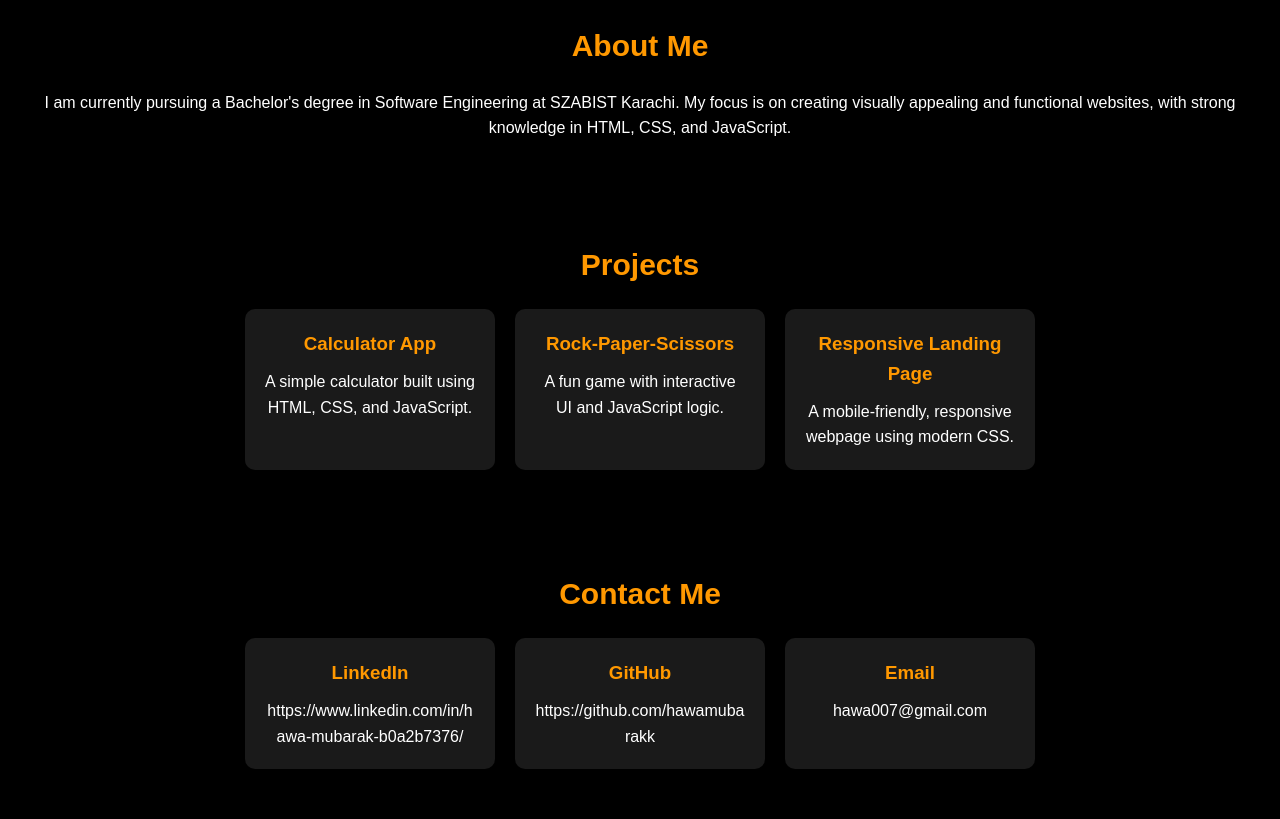
Repository: hawamubarakk/my-portfolio
Page: index.html
An editor plug-in stored every save of this project. The page is shown before and after the next save, followed by the edit.
The browser window is 1280 px wide. The pictures show the part of the page from y = 807 to 1759 px (the page is 1626 px tall before and 1760 px after).

Above is the page before, as saved 2025-08-12 17:38:49.

After the next save:
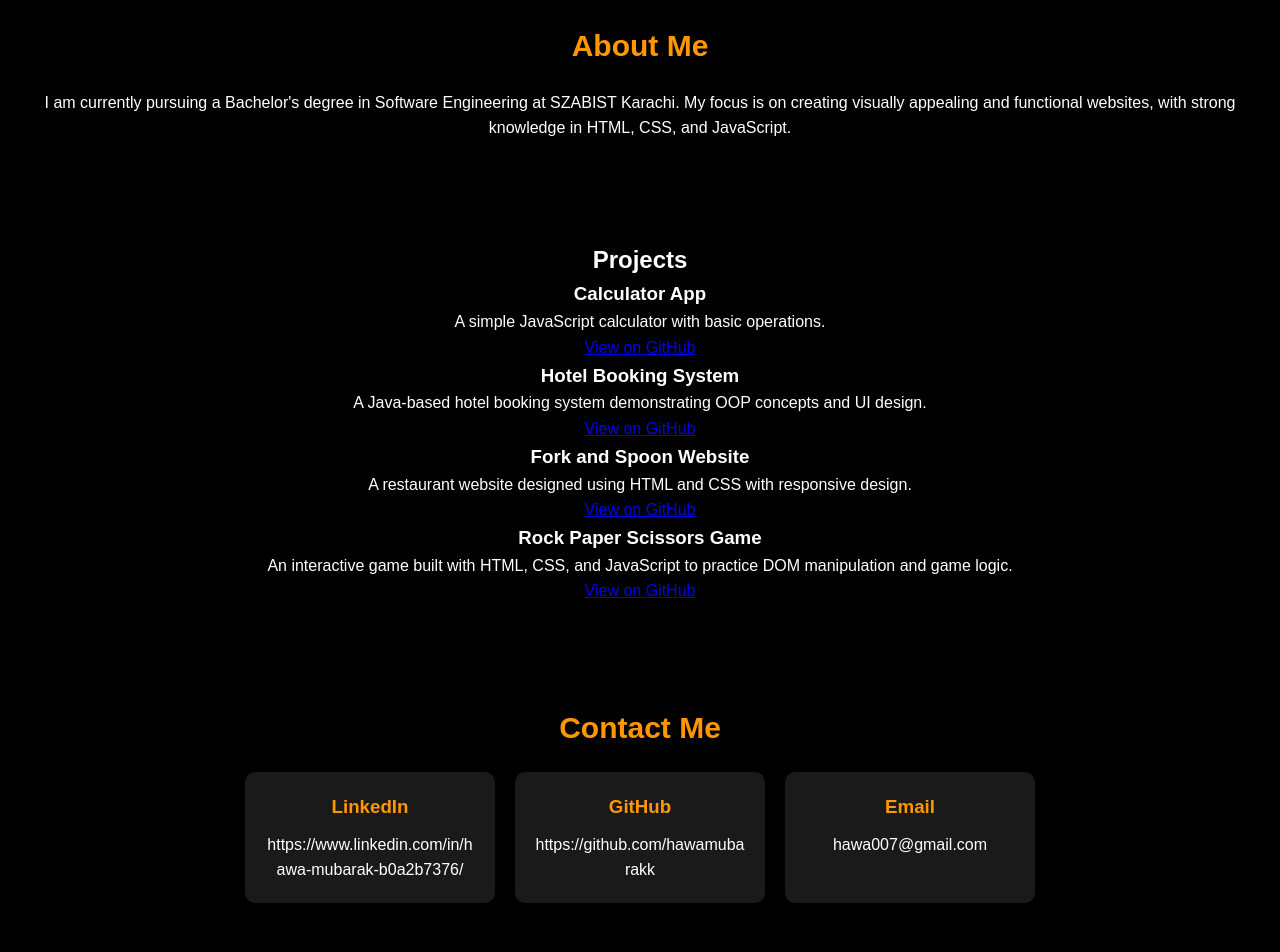
Saved 6 min 0 s later.
--- a/index.html
+++ b/index.html
@@ -35,22 +35,34 @@
 
     <!-- Projects Section -->
     <section id="projects" class="section">
-        <h2>Projects</h2>
-        <div class="project-boxes">
-            <div class="project-box">
-                <h3>Calculator App</h3>
-                <p>A simple calculator built using HTML, CSS, and JavaScript.</p>
-            </div>
-            <div class="project-box">
-                <h3>Rock-Paper-Scissors</h3>
-                <p>A fun game with interactive UI and JavaScript logic.</p>
-            </div>
-            <div class="project-box">
-                <h3>Responsive Landing Page</h3>
-                <p>A mobile-friendly, responsive webpage using modern CSS.</p>
-            </div>
+        <h1>Projects</h1>
+
+        <div class="projects-grid">
+          <div class="project">
+            <h3>Calculator App</h3>
+            <p>A simple JavaScript calculator with basic operations.</p>
+            <a href="https://github.com/hawamubarakk/Calculator" target="_blank" rel="noopener">View on GitHub</a>
+          </div>
+
+          <div class="project">
+            <h3>Hotel Booking System</h3>
+            <p>A Java-based hotel booking system demonstrating OOP concepts and UI design.</p>
+            <a href="https://github.com/hawamubarakk/HotelBooking-System" target="_blank" rel="noopener">View on GitHub</a>
+          </div>
+
+          <div class="project">
+            <h3>Fork and Spoon Website</h3>
+            <p>A restaurant website designed using HTML and CSS with responsive design.</p>
+            <a href="https://github.com/hawamubarakk/fork-and-spoon" target="_blank" rel="noopener">View on GitHub</a>
+          </div>
+
+          <div class="project">
+            <h3>Rock Paper Scissors Game</h3>
+            <p>An interactive game built with HTML, CSS, and JavaScript to practice DOM manipulation and game logic.</p>
+            <a href="https://github.com/hawamubarakk/rock-paper-scissors" target="_blank" rel="noopener">View on GitHub</a>
+          </div>
         </div>
-    </section>
+      </section>
 
     <!-- Contact Section -->
     <section id="contact" class="section contact-section">
